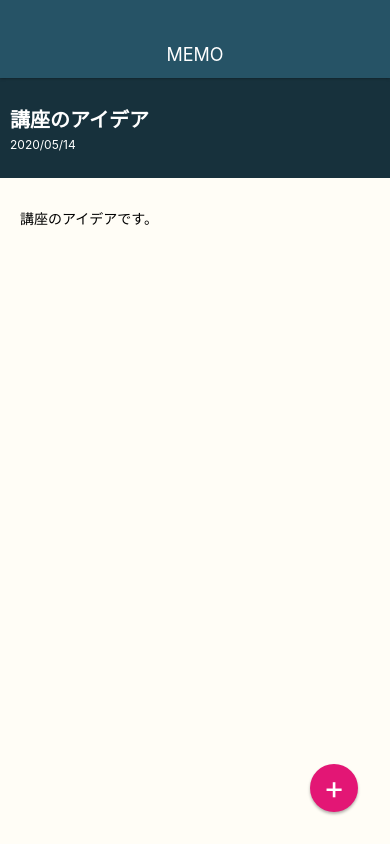
Repository: NagataRyuji0630/memo_app_for_reactNative
Page: /
The author's editor kept a copy of each file at every save. The page is drawn from the files as they stood at one save, then again after the next save.
The browser window is 390 px wide. The pictures show the whole page.
The app was drawn by React Native's web renderer in a window 390 px wide. The project was rebuilt for these pictures with package versions that can differ from the ones it lists, and the page was loaded fresh each time. Also part of the build but not shown: src/components/MemoList.jsx, src/screens/MemoListScreen.jsx.

Above is the page before, as saved 2020-05-14 10:09:06.

After the next save:
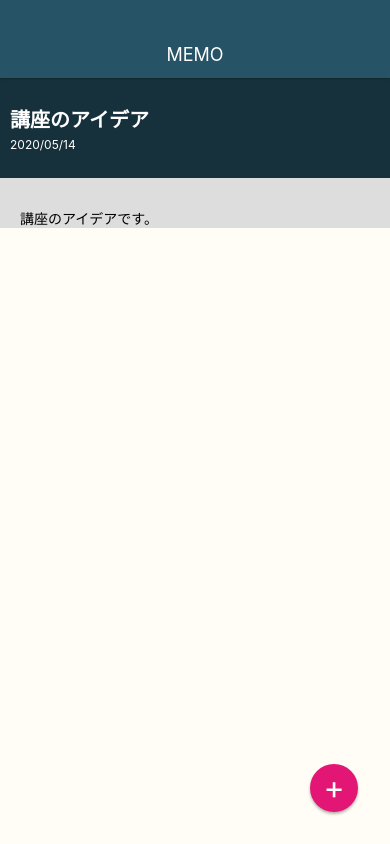
Saved 19 s later.
--- a/src/screens/MemoDetailScreen.jsx
+++ b/src/screens/MemoDetailScreen.jsx
@@ -28,7 +28,7 @@
         paddingTop: 30,
         paddingLeft: 20,
         paddingRight: 20,
-
+        backgroundColor: '#ddd'
     },
 });
 

After the save that followed:
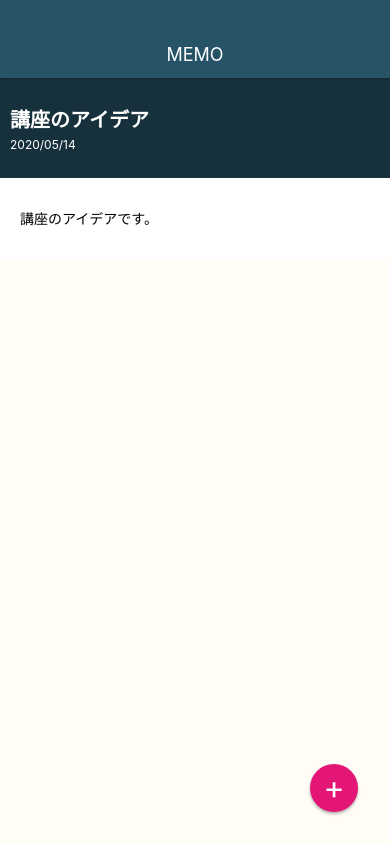
Saved 26 s later.
--- a/src/screens/MemoDetailScreen.jsx
+++ b/src/screens/MemoDetailScreen.jsx
@@ -28,7 +28,8 @@
         paddingTop: 30,
         paddingLeft: 20,
         paddingRight: 20,
-        backgroundColor: '#ddd'
+        paddingBottom: 30,
+        backgroundColor: 'white',
     },
 });
 
